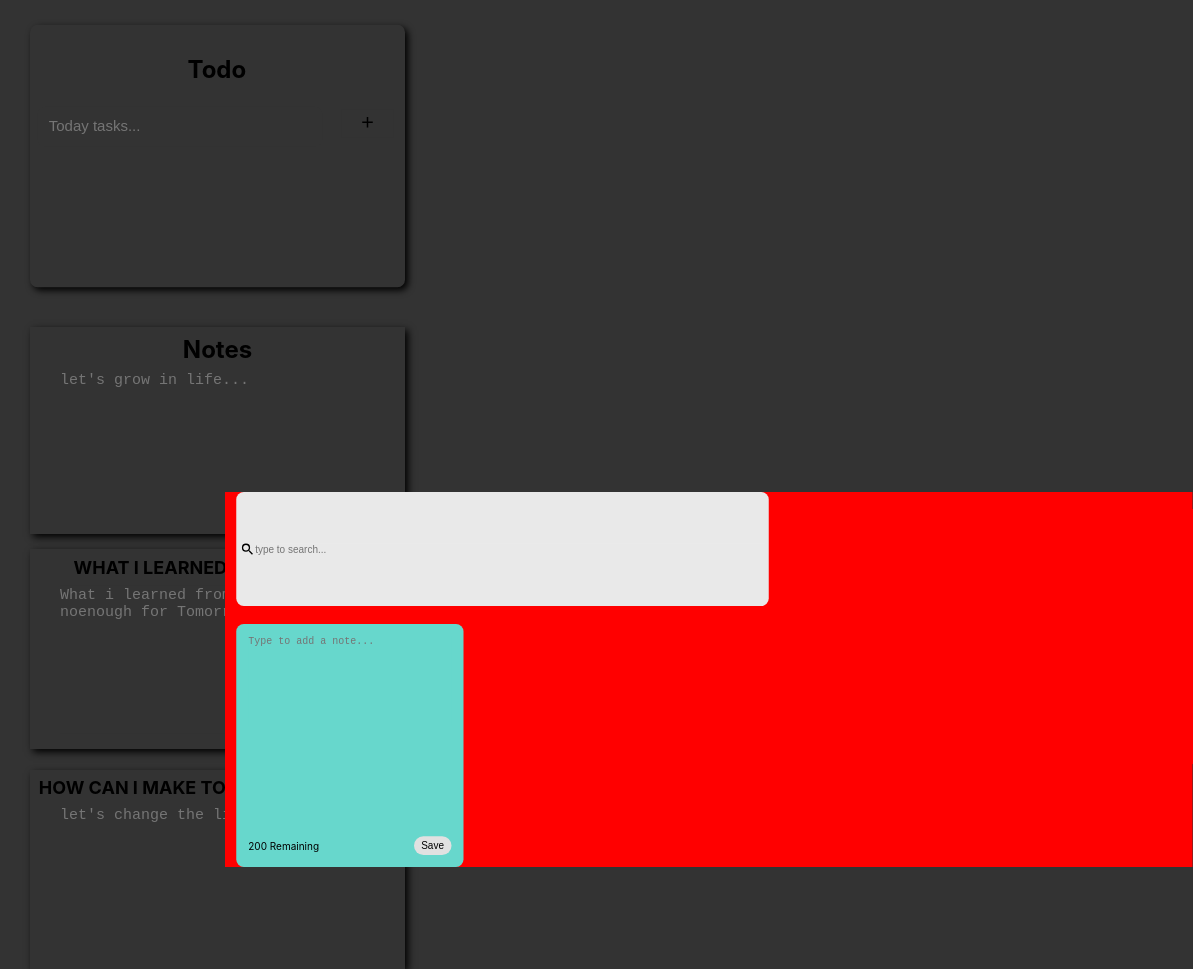
Repository: subhamRsahoo/note
Page: /
These files come from the project's save history. The page is drawn as it stood at one moment and after the next save; the edit follows.
The browser window is 1280 px wide. The page is 1590 px wide, then 1490 px, so the pictures cover 1590 px, including what lies to the right of the window. The pictures show the whole page, at 75% of full size.
The project was rebuilt for these pictures with package versions that can differ from the ones it lists, and the page was loaded fresh each time. Also part of the build but not shown: src/components/New folder/components/Note.js.

Above is the page before, as saved 2021-07-15 17:51:40.

After the next save:
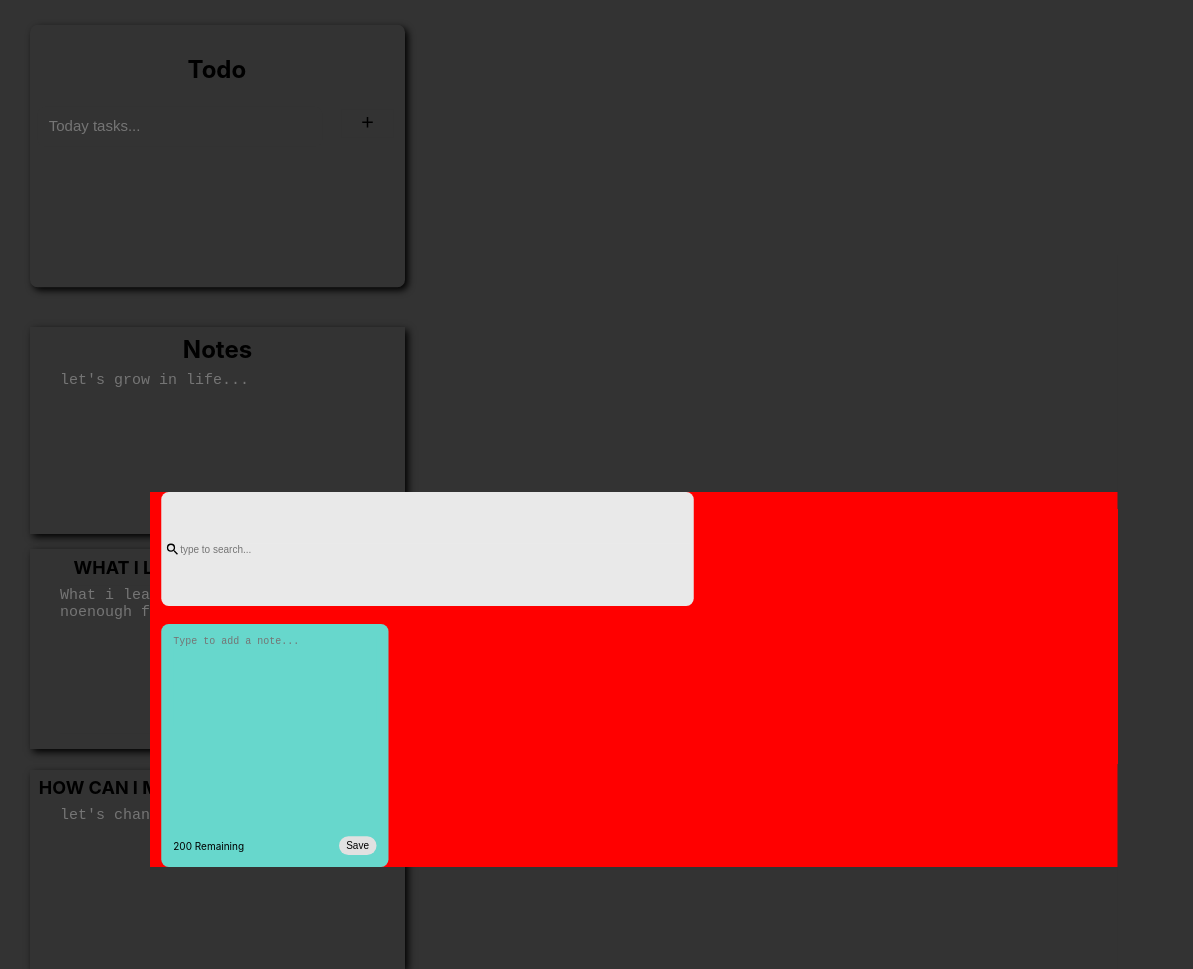
Saved 13 s later.
--- a/src/components/New folder/index.css
+++ b/src/components/New folder/index.css
@@ -31,7 +31,7 @@ code {
 	min-width: 1260px;
 	/* margin-right: auto;  */
 	position: absolute;
-	left: 300px;
+	left: 200px;
 	padding-right: 15px;
 	padding-left: 15px;
 	min-height: 500px;
